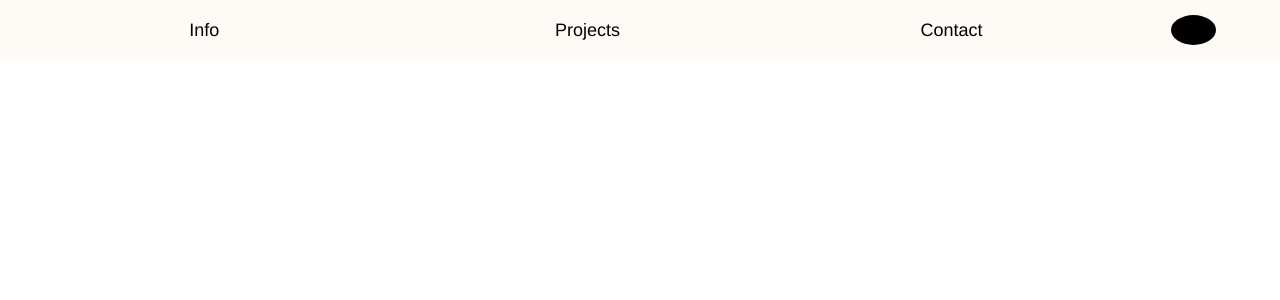
Repository: jinghuai8092/personal_website
Page: /
An editor plug-in stored every save of this project. The page is shown before and after the next save, followed by the edit.
The browser window is 1280 px wide. The pictures show the whole page.
The project was rebuilt for these pictures with package versions that can differ from the ones it lists, and the page was loaded fresh each time.

Above is the page before, as saved 2021-09-09 20:49:33.

### src/index.js
import React from 'react';
import ReactDOM from 'react-dom';
import App from './App';
import reportWebVitals from './reportWebVitals';
import './reset.css';

ReactDOM.render(
  <React.StrictMode>
    <App />
  </React.StrictMode>,
  document.getElementById('root')
);

// If you want to start measuring performance in your app, pass a function
// to log results (for example: reportWebVitals(console.log))
// or send to an analytics endpoint. Learn more: https://bit.ly/CRA-vitals
reportWebVitals();

### src/App.js
import Header from "./common/header";

function App() {
  return (
    <Header></Header>
  );
}

export default App;

### src/common/header/index.js
import React, { PureComponent } from 'react';
import styles from './header.module.css'

class Header extends PureComponent {
    render() {
        return (
            <div className={styles.header}>
                <nav className={styles.nav}>
                    <ul className={styles.ul}>
                        <li className={styles.li}>Info</li>
                        <li className={styles.li}>Projects</li>
                        <li className={styles.li}>Contact</li>
                        <li className={styles.eyes, styles.eyesLeft}>
                            <span className={ styles.circle}></span>
                        </li>
                        <li className={`${styles.eyes} ${styles.eyesRight}`}>
                            <span className={styles.circle}></span>
                        </li>

                    </ul>
                </nav>
            </div>
        )
    }
}

export default Header;

### src/common/header/header.module.css
.header{
    position: fixed;
    width: 100%;
    z-index:999;
    background-color: #fefaf6;
}
.nav{
    max-width: 1600px;
    width: 100%;
    margin:0 auto;
    position: relative;
    display: block;
}
.ul{
    margin: 0 auto;
    list-style-type: none;
    display: flex;
    padding: 0;
    overflow: hidden;
    max-width: 90%;
    box-sizing: border-box;
    align-items: center;
    margin:0 auto;
    font-family: Biotif-Regular,Helvetica Neue,Helvetica,Arial,sans-serif;
    font-size: 18px;
}
.li{
    display: list-item;
    width: 10%;
    height: 60px;
    line-height: 60px;
    margin: 0 auto;
}

.eyes{
    background: black;
    width: 45px;
    height: 30px;
    border-radius: 50%;
    overflow: hidden;
}
.eyesLeft{
    margin-right: 5px;
}
.eyesRight{
    margin-left: 5px;

}
.eyesLeft>.circle{
    background-color: white;
    width: 10px;
    height: 10px;
    border-radius: 50%;
}

Loaded but not shown: public/index.html (common file); src/reportWebVitals.js (common file); src/reset.css (common file)

After the next save:
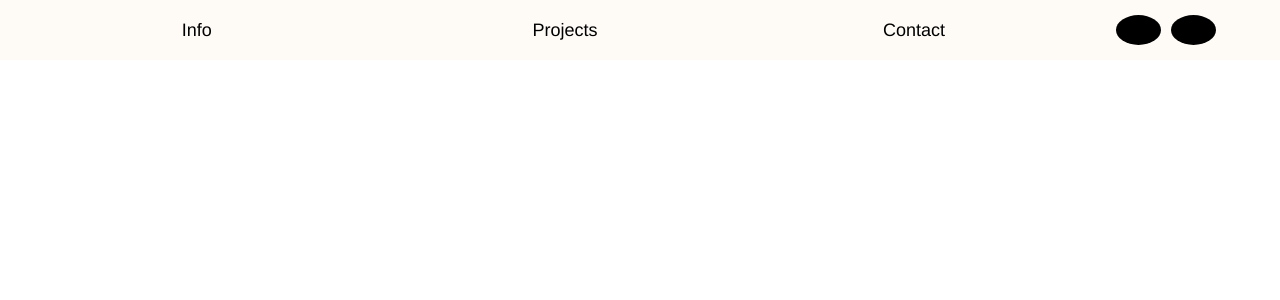
Saved 37 s later.
--- a/src/common/header/index.js
+++ b/src/common/header/index.js
@@ -10,7 +10,7 @@
                         <li className={styles.li}>Info</li>
                         <li className={styles.li}>Projects</li>
                         <li className={styles.li}>Contact</li>
-                        <li className={styles.eyes, styles.eyesLeft}>
+                        <li className={`${styles.eyes} ${styles.eyesLeft}`}>
                             <span className={ styles.circle}></span>
                         </li>
                         <li className={`${styles.eyes} ${styles.eyesRight}`}>
